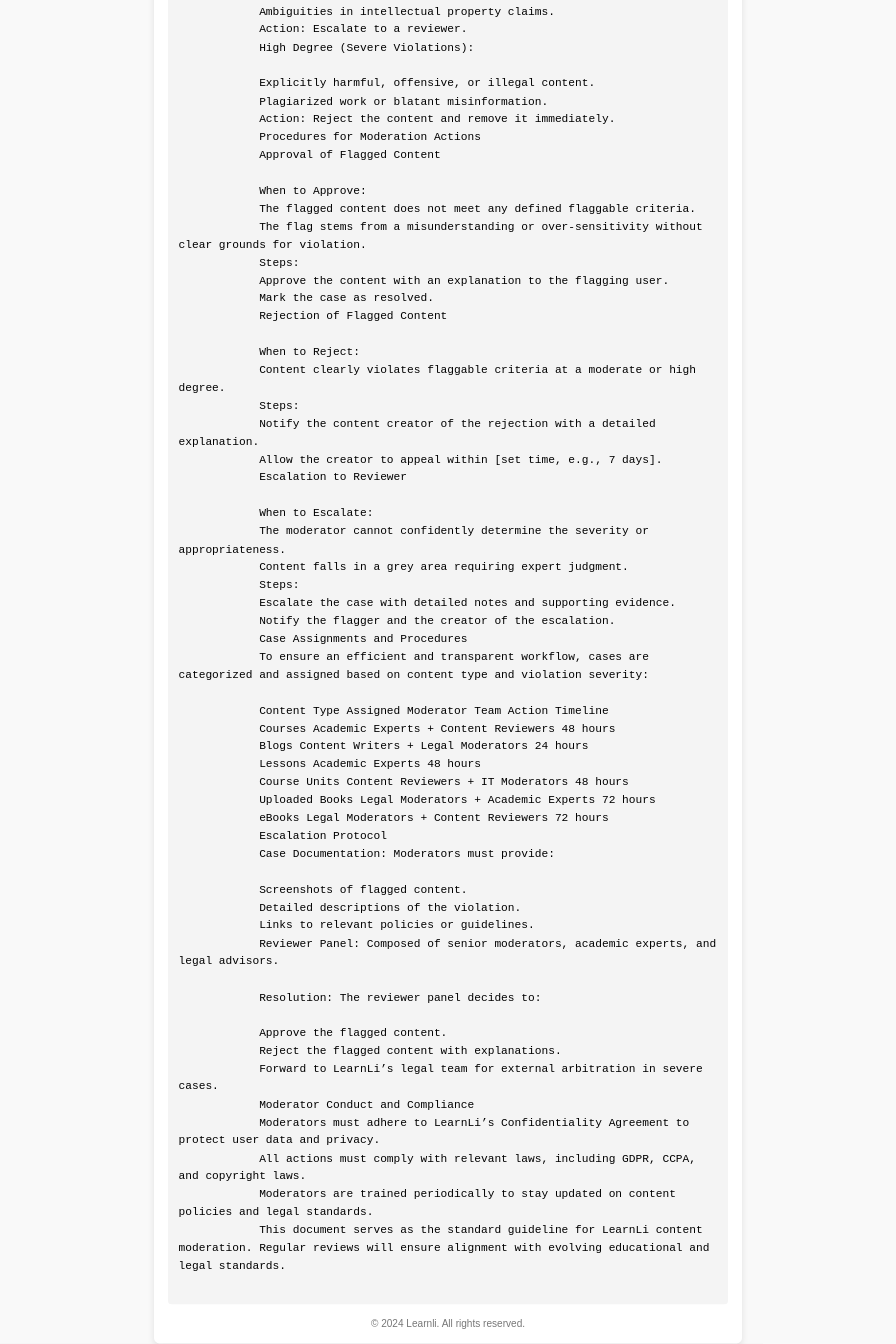
Repository: Learnli23/Learnli
Page: Learnli/users/templates/course_guide.html
These files come from the project's save history. The page is drawn as it stood at one moment and after the next save; the edit follows.
The browser window is 1280 px wide. The pictures show the part of the page from y = 1875 to 3795 px (the page is 3795 px tall), at 70% of full size.
The template is drawn by Django 2.2. The application's start-up code is not run. The template is opened directly, without the code that normally fills it, so the values that code supplies are empty.

Above is the page before, as saved 2024-12-05 20:34:06.

After the next save:
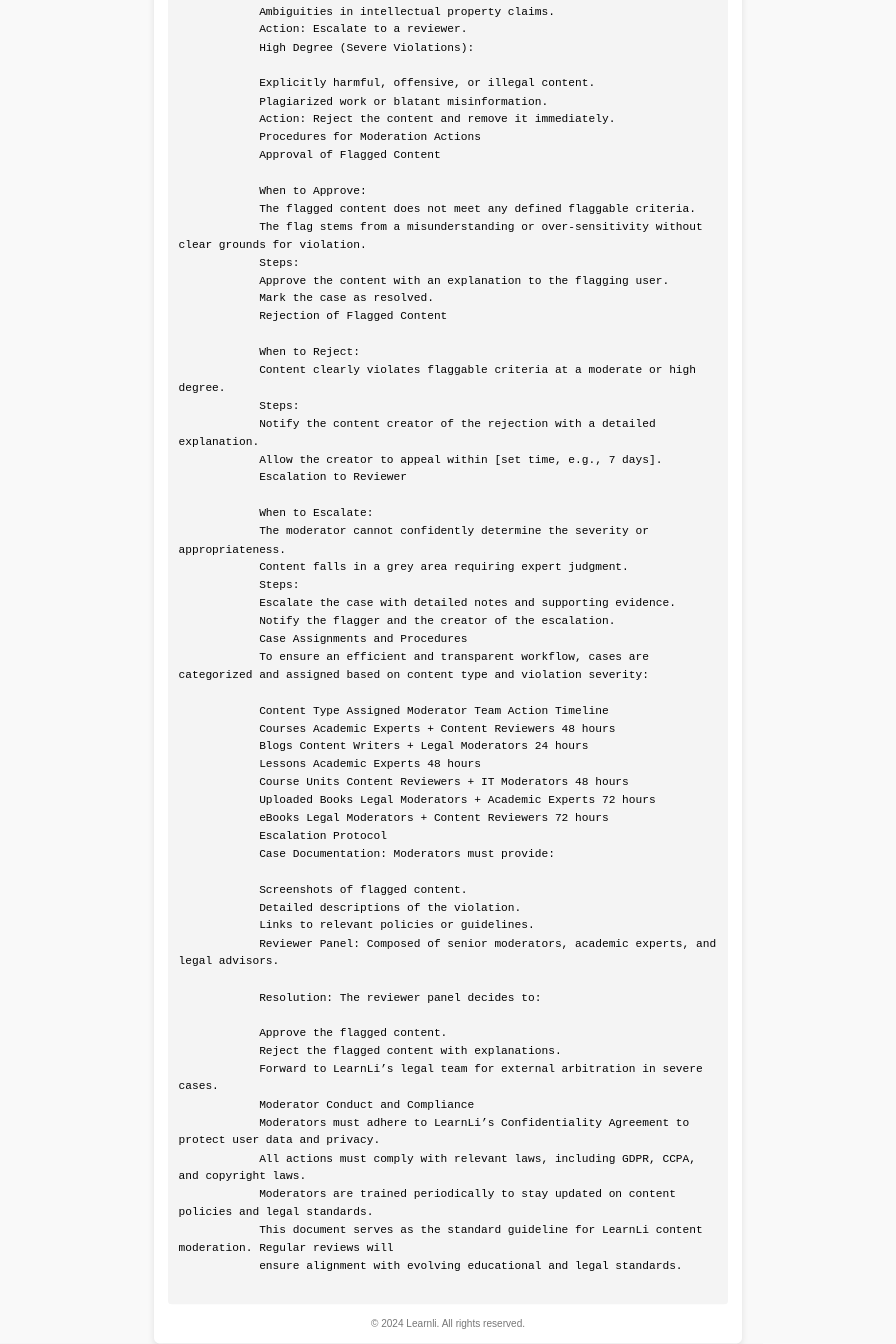
Saved 3 min 14 s later.
--- a/Learnli/users/templates/course_guide.html
+++ b/Learnli/users/templates/course_guide.html
@@ -162,7 +162,8 @@
             Moderators must adhere to LearnLi’s Confidentiality Agreement to protect user data and privacy.
             All actions must comply with relevant laws, including GDPR, CCPA, and copyright laws.
             Moderators are trained periodically to stay updated on content policies and legal standards.
-            This document serves as the standard guideline for LearnLi content moderation. Regular reviews will ensure alignment with evolving educational and legal standards.
+            This document serves as the standard guideline for LearnLi content moderation. Regular reviews will
+            ensure alignment with evolving educational and legal standards.
         </pre>
         <div class="footer">
             &copy; 2024 Learnli. All rights reserved.
